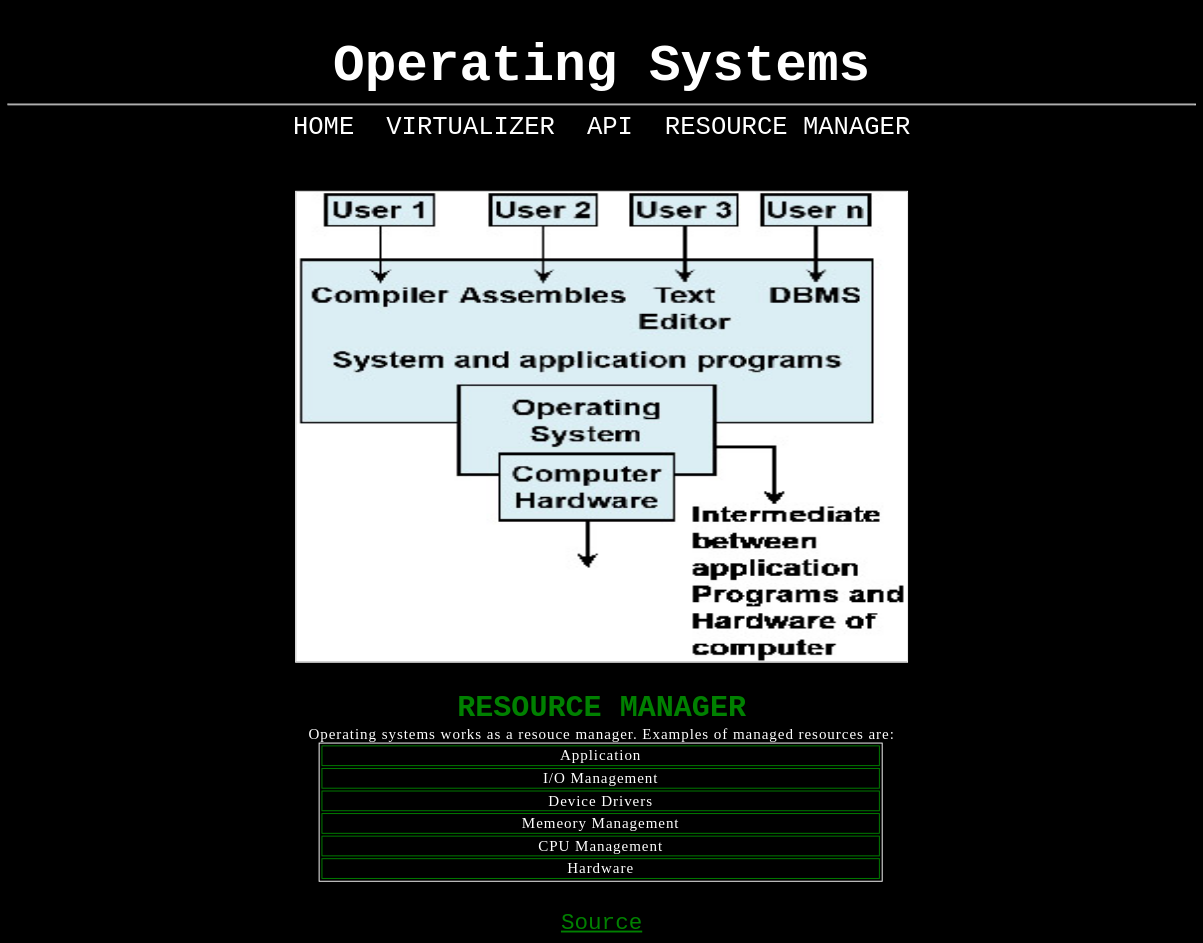
Repository: ctm93/web2
Page: http://localhost/page4.php
The author's editor kept a record of every edit. The page is drawn from the files as they stood at one moment, then again after the next edit.
The browser window is 1280 px wide. The pictures show the whole page, at 94% of full size.
Some web fonts or font styles are not loaded; a fallback is used. The page is run by PHP 8.4 with error messages shown; the project is at /var/www/html/.

Above is the page before.

After the next edit:
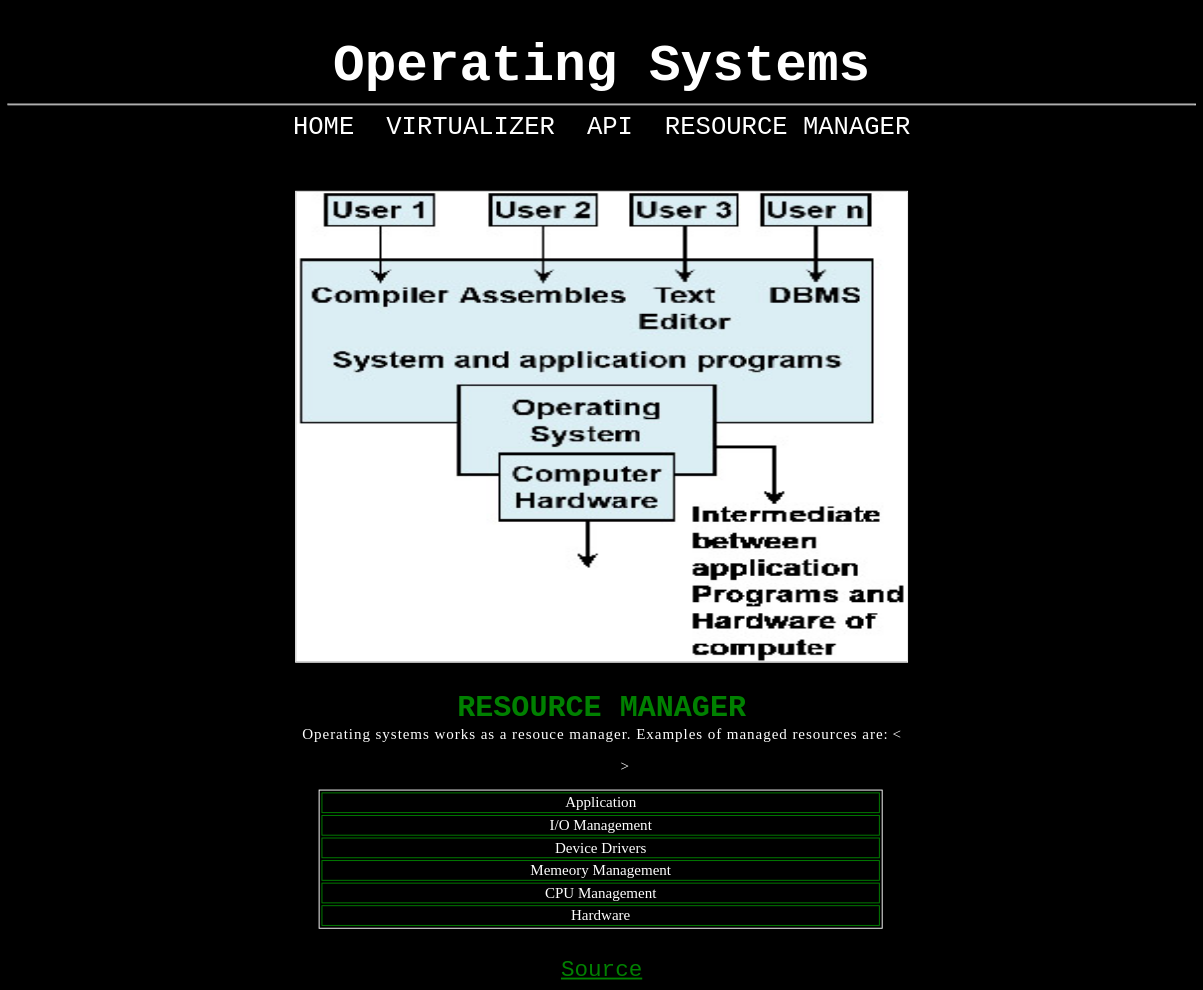
The edit:
--- a/page4.php
+++ b/page4.php
@@ -34,7 +34,7 @@
 
                 <p2>Operating systems works as a resouce manager. Examples of managed resources are:</p2>
 
-                <p3>
+                <<p class ="p3">>
                 <table>
                       <tr><td>Application</td></tr>
                       <tr><td>I/O Management</td></tr>
